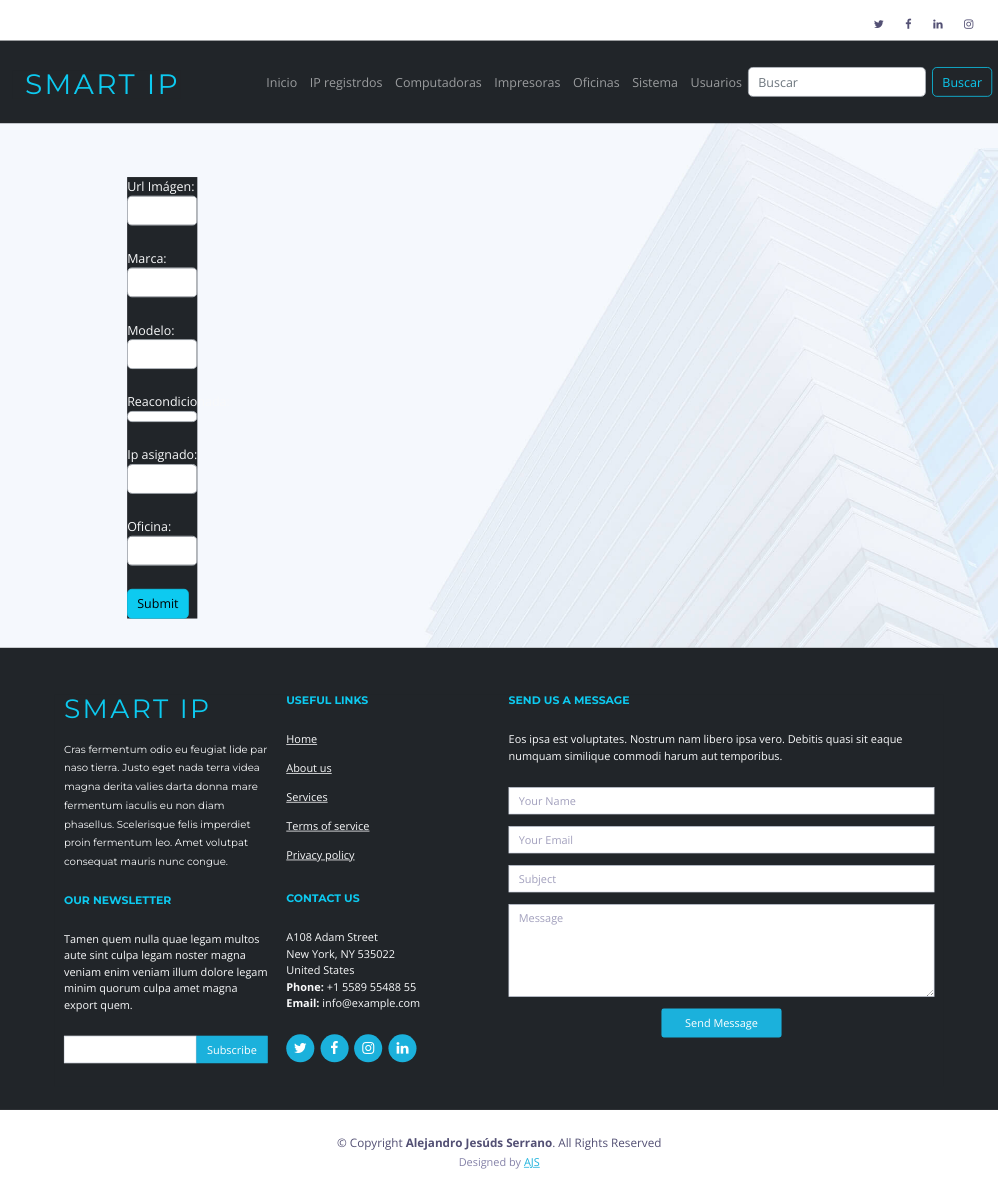
Repository: AlejandroJesusSerrano/SmartIPs
Page: smartip/smartipnav/templates/smartipnav/printer_form.html
These files come from the project's save history. The page is drawn as it stood at one moment and after the next save; the edit follows.
The browser window is 1280 px wide. The pictures show the whole page, at 78% of full size.
The page is served by the project's application, run on Django 4.2 (smartip/manage.py). Other server files are loaded and not shown. The template is opened directly, without the code that normally fills it, so the values that code supplies are empty.

Above is the page before, as saved 2022-11-14 08:33:53.

### smartip/smartipnav/templates/smartipnav/printer_form.html
{% extends 'smartipnav/base.html' %}

{% block content %}
<section id="intro" class="clearfix">
    <div class="container d-flex h-100">
        <div class="row justify-content-center align-self-center">
            <div class="col-md-6 intro-info order-md-first order-last">
                <form action="" method="post">
                    {% csrf_token %}
                    <div class="container mx-auto w-100">
                        <div class="form-group bg-dark mx-auto w-80">
                            <label class="form-control-label text-light" for="printer_image">Url Imágen: </label>
                            <input class="form-control" type="url" name="printer_image" id="printer_add"></p>

                            <label class="form-control-label text-light" for="printer_brand">Marca: </label>
                            <input class="form-control" type="text" name="printer_brand" id="printer_brand"></p>

                            <label class="form-control-label text-light" for="printer_model">Modelo: </label>
                            <input class="form-control" type="text" name="printer_model" id="printer_model"></p>

                            <label class="form-control-label text-light" for="printer_rebuilded">Reacondicionada: </label>
                            <input class="form-control" type="checkbox" name="printer_rebuilded" id="printer_rebuilded"></p>

                            <label class="form-control-label text-light" for="printer_ip">Ip asignado: </label>
                            <input class="form-control" type="text" name="printer_ip" id="printer_ip"></p>

                            <label class="form-control-label text-light" for="printer_office">Oficina: </label>
                            <input class="form-control" type="text" namr="printer_office" id="printer_office"></p>

                            <button type="submit" class="btn btn-info mx-auto">Submit</button>
                        </div>
                    </div>
                </form>
            </div>
        </div>
    </div>
</section>
{% endblock %}

### smartip/smartipnav/templates/smartipnav/base.html
<!DOCTYPE html>
<html lang="en">
<head>

  {% load static %}
  <meta charset="utf-8">
  <title>Smart IP</title>
  <meta content="width=device-width, initial-scale=1.0" name="viewport">
  <meta content="" name="keywords">
  <meta content="" name="description">

  <!-- Favicons -->
  <link href="{% static 'smartipnav/img/favicon.png' %}" rel="icon">
  <link href="{% static 'smartipnav/img/apple-touch-icon.png' %}" rel="apple-touch-icon">

  <!-- Google Fonts -->
  <link href="https://fonts.googleapis.com/css?family=Open+Sans:300,300i,400,400i,500,600,700,700i|Montserrat:300,400,500,600,700" rel="stylesheet">

  <!-- Bootstrap CSS File -->
  <link href="https://cdn.jsdelivr.net/npm/bootstrap@5.2.2/dist/css/bootstrap.min.css" rel="stylesheet" integrity="sha384-Zenh87qX5JnK2Jl0vWa8Ck2rdkQ2Bzep5IDxbcnCeuOxjzrPF/et3URy9Bv1WTRi" crossorigin="anonymous">

  <!-- Libraries CSS Files -->
  <link href="{% static 'smartipnav/lib/font-awesome/css/font-awesome.min.css' %}" rel="stylesheet">
  <link href="{% static 'smartipnav/lib/animate/animate.min.css' %}" rel="stylesheet">
  <link href="{% static 'smartipnav/lib/ionicons/css/ionicons.min.css' %}" rel="stylesheet">
  <link href="{% static 'smartipnav/lib/owlcarousel/assets/owl.carousel.min.css' %}" rel="stylesheet">
  <link href="{% static 'smartipnav/lib/lightbox/css/lightbox.min.css' %}" rel="stylesheet">

  <!-- Main Stylesheet File -->
  <link href="{% static 'smartipnav/css/style.css' %}" rel="stylesheet">

  <!-- =======================================================
    Theme Name: Rapid
    Theme URL: https://bootstrapmade.com/rapid-multipurpose-bootstrap-business-template/
    Author: BootstrapMade.com
    License: https://bootstrapmade.com/license/
  ======================================================= -->
</head>

<body>
  <!--==========================
  Header
  ============================-->
  <header id="header">

    <div id="topbar">
      <div class="container me-2">
        <div class="social-links">
          <a href="#" class="twitter"><i class="fa fa-twitter"></i></a>
          <a href="#" class="facebook"><i class="fa fa-facebook"></i></a>
          <a href="#" class="linkedin"><i class="fa fa-linkedin"></i></a>
          <a href="#" class="instagram"><i class="fa fa-instagram"></i></a>
        </div>
      </div>
    </div>

    <nav class="navbar navbar-expand-lg navbar-dark bg-dark">
      <a class="navbar-brand" href="index">
        <div class="logo mb-4">
          <!-- Uncomment below if you prefer to use an image logo -->
          <h1 class="text-bg-dark mx-auto "><a href="index"><span class= "text-info">Smart IP</span></a></h1>
          <!-- <a href="#header" class="scrollto"><img src="img/logo.png" alt="" class="img-fluid"></a> -->
        </div>
      </a>
      <button class="navbar-toggler" type="button" data-bs-toggle="collapse" data-bs-target="#navbarSupportedContent" aria-controls="navbarSupportedContent" aria-expanded="false" aria-label="Toggle navigation">
        <span class="navbar-toggler-icon"></span>
      </button>
      <div class="collapse navbar-collapse" id="navbarSupportedContent">
        <ul class="navbar-nav ms-auto mb-2 mb-lg-0">
          <li class="nav-item">
            <a class="nav-link {% block indexactive %} {% endblock %}" aria-current="page" href="{% url 'Inicio' %}">Inicio</a>
          </li>
          <li class="nav-item">
            <a class="nav-link {% block ipactive %} {% endblock %}" aria-current="page" href=" {% url 'Ip' %}">IP registrdos</a>
          </li>
          <li class="nav-item">
            <a class="nav-link {% block computeractive %} {% endblock %}" aria-current="page" href="{% url 'Computers' %}">Computadoras</a>
          </li>
          <li class="nav-item">
            <a class="nav-link {% block printersactive %} {% endblock %}" aria-current="page" href="{% url 'Printers' %}">Impresoras</a>
          </li>
          <li class="nav-item">
            <a class="nav-link {% block officesactive %} {% endblock %}" aria-current="page" href="{% url 'Offices' %}">Oficinas</a>
          </li>
          <li class="nav-item">
            <a class="nav-link {% block usersactive %} {% endblock %}" aria-current="page" href="{% url 'Users' %}">Sistema</a>
          </li>
          <li class="nav-item">
            <a class="nav-link {% block userspcactive %} {% endblock %}" aria-current="page" href="{% url 'UsersPc' %}">Usuarios</a>
          </li>

          <!-- <li class="nav-item dropdown">
            <a class="nav-link dropdown-toggle" href="#" id="navbarDropdown" role="button" data-bs-toggle="dropdown" aria-expanded="false">
              Dropdown
            </a>
            <ul class="dropdown-menu" aria-labelledby="navbarDropdown">
              <li><a class="dropdown-item" href="#">Acción</a></li>
              <li><a class="dropdown-item" href="#">Otra acción</a></li>
              <li><hr class="dropdown-divider"></li>
              <li><a class="dropdown-item" href="#">Algo más aquí</a></li>
            </ul>
          </li>
          <li class="nav-item">
            <a class="nav-link disabled">Deshabilitado</a>
          </li> -->
        </ul>
        <form class="d-flex" role="search">
          <input class="form-control me-2" type="search" placeholder="Buscar" aria-label="Buscar">
          <button class="btn btn-outline-info me-2" type="submit">Buscar</button>
        </form>
      </div>
    </nav>
  </header><!-- #header -->



    {% block content %}

    {% endblock %}



  <!--==========================
    Footer
  ============================-->
  <footer id="footer" class="section-bg">
    <div class="footer-top bg-dark">
      <div class="container bg-dark">

        <div class="row">

          <div class="col-lg-6">

            <div class="row">

                <div class="col-sm-6">

                  <div class="footer-info">
                    <h3 class="text-info">Smart Ip</h3>
                    <p class="text-light">Cras fermentum odio eu feugiat lide par naso tierra. Justo eget nada terra videa magna derita valies darta donna mare fermentum iaculis eu non diam phasellus. Scelerisque felis imperdiet proin fermentum leo. Amet volutpat consequat mauris nunc congue.</p>
                  </div>

                  <div class="footer-newsletter">
                    <h4 class="text-info">Our Newsletter</h4>
                    <p class="text-light">Tamen quem nulla quae legam multos aute sint culpa legam noster magna veniam enim veniam illum dolore legam minim quorum culpa amet magna export quem.</p>
                    <form action="" method="post">
                      <input type="email" name="email"><input type="submit"  value="Subscribe">
                    </form>
                  </div>

                </div>

                <div class="col-sm-6">
                  <div class="footer-links">
                    <h4 class="text-info">Useful Links</h4>
                    <ul>
                      <li><a class="text-light" href="#">Home</a></li>
                      <li><a class="text-light" href="#">About us</a></li>
                      <li><a class="text-light" href="#">Services</a></li>
                      <li><a class="text-light" href="#">Terms of service</a></li>
                      <li><a class="text-light" href="#">Privacy policy</a></li>
                    </ul>
                  </div>

                  <div class="footer-links">
                    <h4 class="text-info">Contact Us</h4>
                    <p class="text-light">
                      A108 Adam Street <br>
                      New York, NY 535022<br>
                      United States <br>
                      <strong>Phone:</strong> +1 5589 55488 55<br>
                      <strong>Email:</strong> info@example.com<br>
                    </p>
                  </div>

                  <div class="social-links">
                    <a href="#" class="twitter"><i class="fa fa-twitter"></i></a>
                    <a href="#" class="facebook"><i class="fa fa-facebook"></i></a>
                    <a href="#" class="instagram"><i class="fa fa-instagram"></i></a>
                    <a href="#" class="linkedin"><i class="fa fa-linkedin"></i></a>
                  </div>

                </div>

            </div>

          </div>

          <div class="col-lg-6">

            <div class="form">

              <h4 class="text-info">Send us a message</h4>
              <p class= "text-light">Eos ipsa est voluptates. Nostrum nam libero ipsa vero. Debitis quasi sit eaque numquam similique commodi harum aut temporibus.</p>
              <form action="" method="post" role="form" class="contactForm">
                <div class="form-group">
                  <input type="text" name="name" class="form-control" id="name" placeholder="Your Name" data-rule="minlen:4" data-msg="Please enter at least 4 chars" />
                  <div class="validation"></div>
                </div>
                <div class="form-group">
                  <input type="email" class="form-control" name="email" id="email" placeholder="Your Email" data-rule="email" data-msg="Please enter a valid email" />
                  <div class="validation"></div>
                </div>
                <div class="form-group">
                  <input type="text" class="form-control" name="subject" id="subject" placeholder="Subject" data-rule="minlen:4" data-msg="Please enter at least 8 chars of subject" />
                  <div class="validation"></div>
                </div>
                <div class="form-group">
                  <textarea class="form-control" name="message" rows="5" data-rule="required" data-msg="Please write something for us" placeholder="Message"></textarea>
                  <div class="validation"></div>
                </div>

                <div id="sendmessage">Your message has been sent. Thank you!</div>
                <div id="errormessage"></div>

                <div class="text-center"><button type="submit" title="Send Message">Send Message</button></div>
              </form>
            </div>

          </div>



        </div>

      </div>
    </div>

    <div class="container">
      <div class="copyright">
        &copy; Copyright <strong>Alejandro Jesúds Serrano</strong>. All Rights Reserved
      </div>
      <div class="credits">
        <!--
          All the links in the footer should remain intact.
          You can delete the links only if you purchased the pro version.
          Licensing information: https://bootstrapmade.com/license/
          Purchase the pro version with working PHP/AJAX contact form: https://bootstrapmade.com/buy/?theme=Rapid
        -->
        Designed by <a href="https://AJS.com/">AJS</a>
      </div>
    </div>
  </footer><!-- #footer -->

  <a href="#" class="back-to-top"><i class="fa fa-chevron-up"></i></a>
  <!-- Uncomment below i you want to use a preloader -->
  <!-- <div id="preloader"></div> -->

  <!-- JavaScript Libraries -->
  <script src="{% static 'smartipnav/lib/jquery/jquery.min.js' %}"></script>
  <script src="{% static 'smartipnav/lib/jquery/jquery-migrate.min.js' %}"></script>
  <script src="https://cdn.jsdelivr.net/npm/bootstrap@5.2.2/dist/js/bootstrap.bundle.min.js" integrity="sha384-OERcA2EqjJCMA+/3y+gxIOqMEjwtxJY7qPCqsdltbNJuaOe923+mo//f6V8Qbsw3" crossorigin="anonymous"></script>
  <script src="{% static 'smartipnav/lib/easing/easing.min.js' %}"></script>
  <script src="{% static 'smartipnav/lib/mobile-nav/mobile-nav.js' %}"></script>
  <script src="{% static 'smartipnav/lib/wow/wow.min.js' %}"></script>
  <script src="{% static 'smartipnav/lib/waypoints/waypoints.min.js' %}"></script>
  <script src="{% static 'smartipnav/lib/counterup/counterup.min.js' %}"></script>
  <script src="{% static 'smartipnav/lib/owlcarousel/owl.carousel.min.js' %}"></script>
  <script src="{% static 'smartipnav/lib/isotope/isotope.pkgd.min.js' %}"></script>
  <script src="{% static 'smartipnav/lib/lightbox/js/lightbox.min.js' %}"></script>
  <!-- Contact Form JavaScript File -->
  <script src="{% static 'smartipnav/contactform/contactform.js' %}"></script>

  <!-- Template Main Javascript File -->
  <script src="{% static 'smartipnav/js/main.js' %}"></script>

</body>
</html>

### smartip/smartip/urls.py
"""smartip URL Configuration

The `urlpatterns` list routes URLs to views. For more information please see:
    https://docs.djangoproject.com/en/4.1/topics/http/urls/
Examples:
Function views
    1. Add an import:  from my_app import views
    2. Add a URL to urlpatterns:  path('', views.home, name='home')
Class-based views
    1. Add an import:  from other_app.views import Home
    2. Add a URL to urlpatterns:  path('', Home.as_view(), name='home')
Including another URLconf
    1. Import the include() function: from django.urls import include, path
    2. Add a URL to urlpatterns:  path('blog/', include('blog.urls'))
"""
from django.contrib import admin
from django.urls import path

urlpatterns = [
    path('admin/', admin.site.urls),
]

Loaded but not shown: smartip/smartipnav/static/smartipnav/lib/font-awesome/css/font-awesome.min.css (library); smartip/smartipnav/static/smartipnav/lib/animate/animate.min.css (library); smartip/smartipnav/static/smartipnav/lib/ionicons/css/ionicons.min.css (library); smartip/smartipnav/static/smartipnav/lib/owlcarousel/assets/owl.carousel.min.css (library); smartip/smartipnav/static/smartipnav/lib/lightbox/css/lightbox.min.css (common file); smartip/smartipnav/static/smartipnav/lib/jquery/jquery.min.js (library); smartip/smartipnav/static/smartipnav/lib/jquery/jquery-migrate.min.js (library); smartip/smartipnav/static/smartipnav/lib/easing/easing.min.js (common file); smartip/smartipnav/static/smartipnav/lib/mobile-nav/mobile-nav.js (common file); smartip/smartipnav/static/smartipnav/lib/wow/wow.min.js (library); smartip/smartipnav/static/smartipnav/lib/waypoints/waypoints.min.js (library); smartip/smartipnav/static/smartipnav/lib/counterup/counterup.min.js (common file); smartip/smartipnav/static/smartipnav/lib/owlcarousel/owl.carousel.min.js (library); smartip/smartipnav/static/smartipnav/lib/isotope/isotope.pkgd.min.js (library); smartip/smartipnav/static/smartipnav/lib/lightbox/js/lightbox.min.js (library); smartip/smartipnav/static/smartipnav/js/main.js (131 lines, source omitted); smartip/smartipnav/static/smartipnav/contactform/contactform.js (118 lines, source omitted); smartip/smartipnav/static/smartipnav/css/style.css (1573 lines, source omitted)

After the next save:
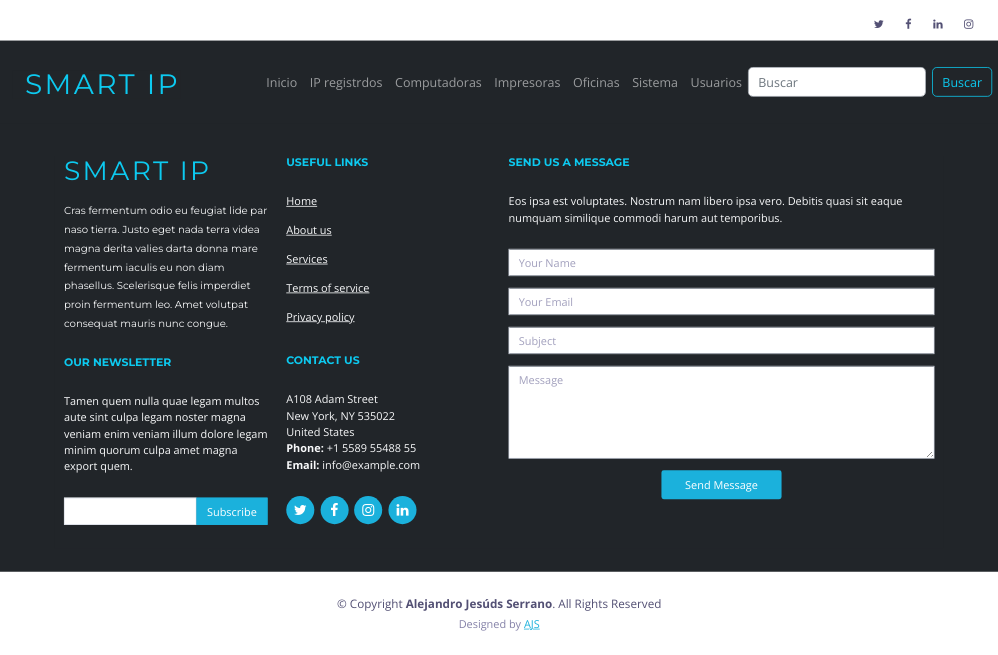
Saved 4 min 33 s later.
--- a/smartip/smartipnav/templates/smartipnav/printer_form.html
+++ b/smartip/smartipnav/templates/smartipnav/printer_form.html
@@ -1,7 +1,13 @@
 {% extends 'smartipnav/base.html' %}
 
 {% block content %}
-<section id="intro" class="clearfix">
+
+<form id=printer_add_form action="" method="post">
+    <label for="">Imagen</label>
+    <input type="url" name="printer_image" id="printer_image">
+
+</form>
+<!-- <section id="intro" class="clearfix">
     <div class="container d-flex h-100">
         <div class="row justify-content-center align-self-center">
             <div class="col-md-6 intro-info order-md-first order-last">
@@ -34,5 +40,5 @@
             </div>
         </div>
     </div>
-</section>
+</section> -->
 {% endblock %}
